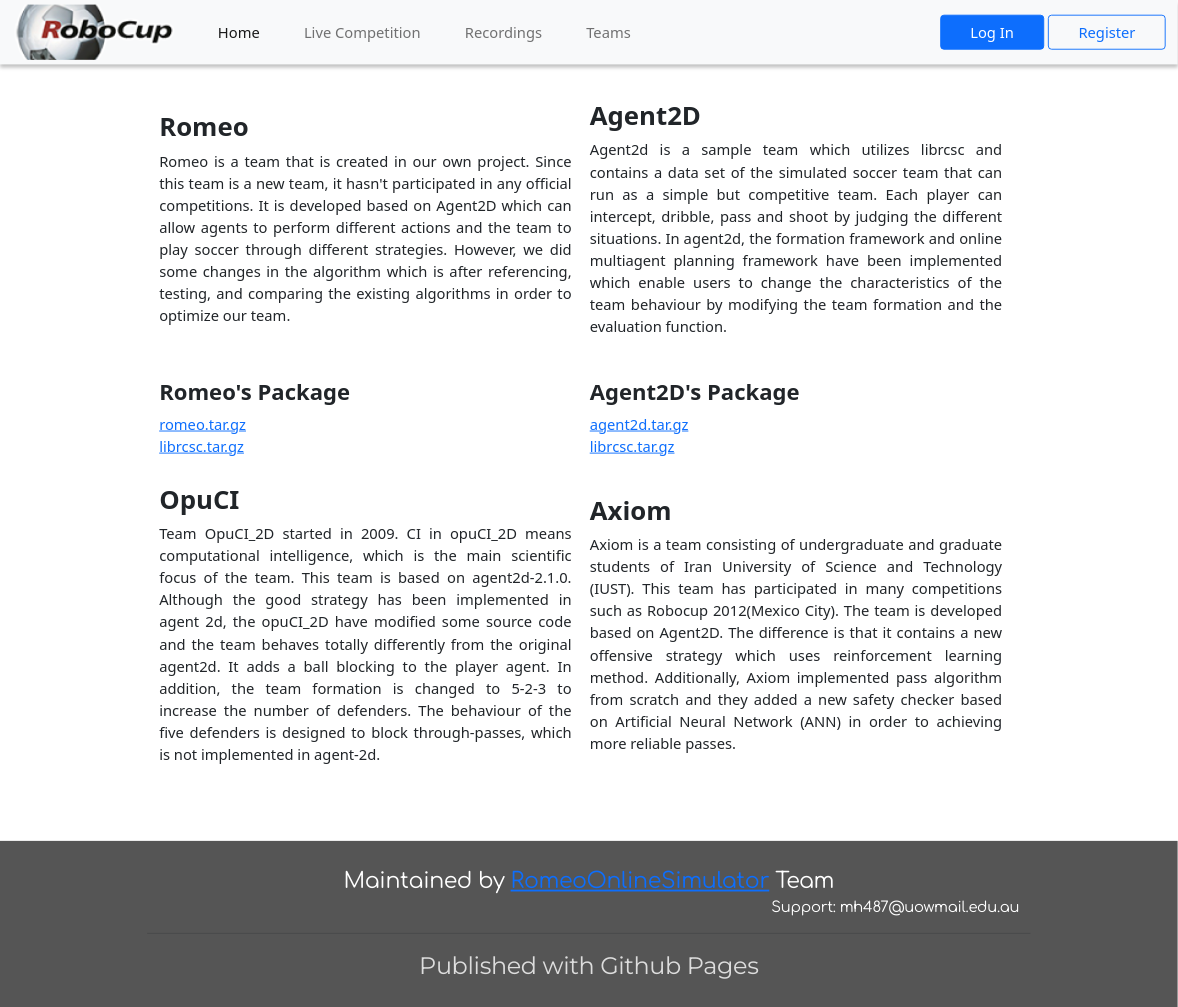
Repository: romeoonlinesim/romeoonlinesim.github.io
Page: teams.html
The author's editor kept a copy of each file at every save. The page is drawn from the files as they stood at one save, then again after the next save.
The browser window is 1280 px wide. The pictures show the whole page, at 92% of full size.

Above is the page before, as saved 2021-05-18 20:49:32.

After the next save:
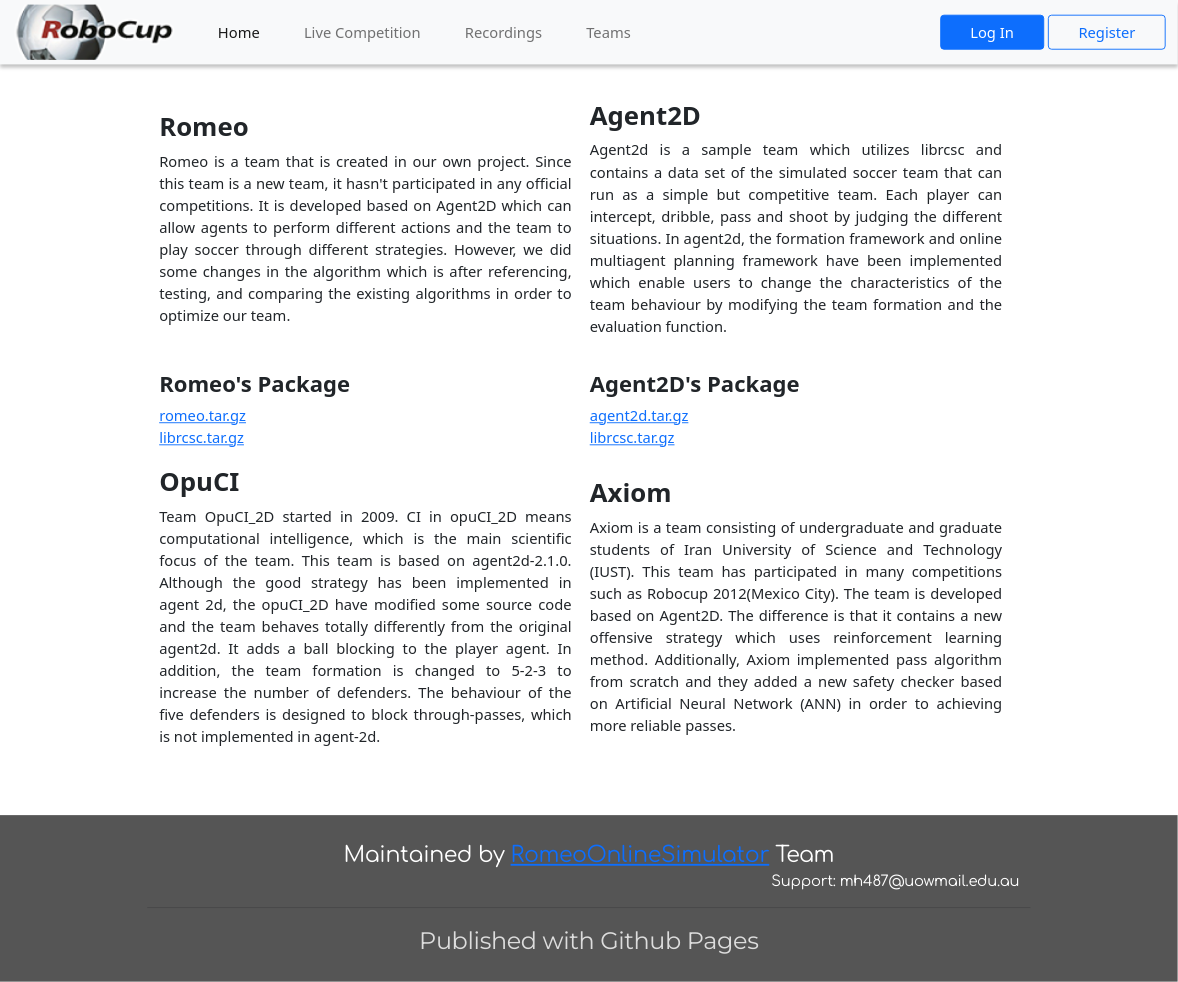
Saved 6 s later.
--- a/teams.html
+++ b/teams.html
@@ -132,7 +132,7 @@
         td {
             width: 50%;
             padding-right:2%;
-            padding-bottom:3%;
+            padding-bottom:2%;
         }
 
         .links {
